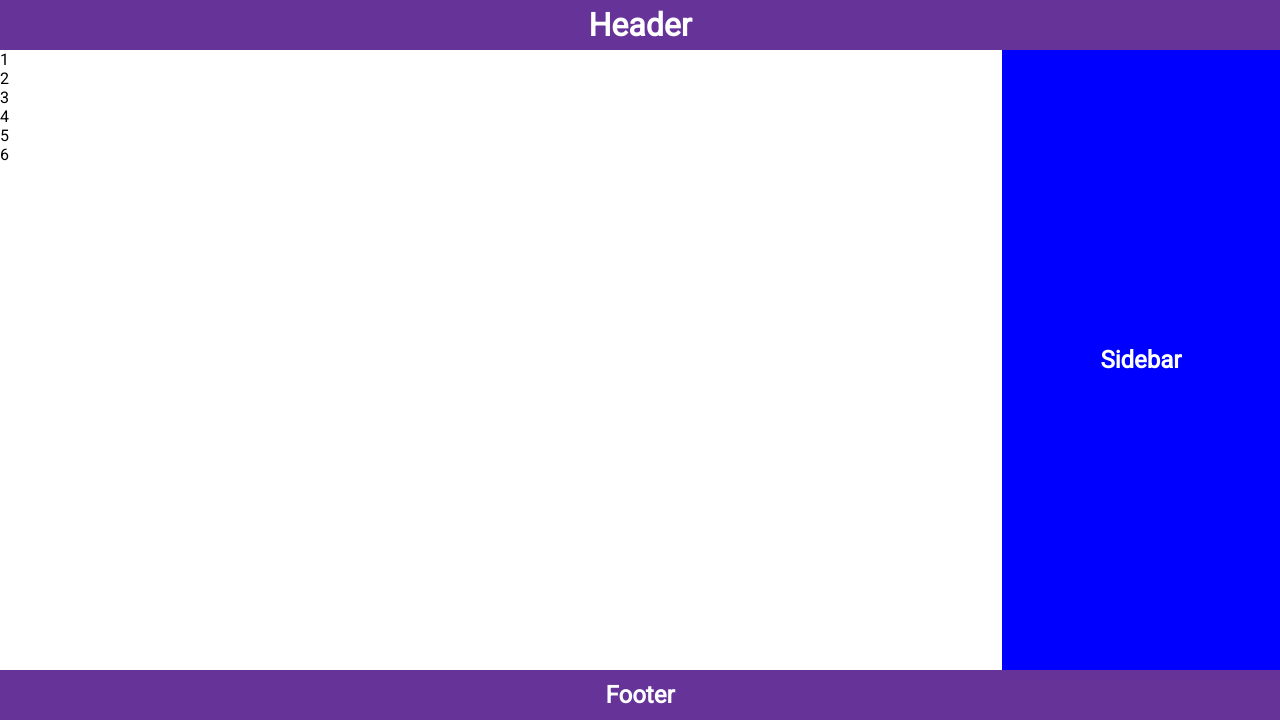
Repository: JavaProgrammerFromEastEurope/project-css-full-tutorial
Page: 15_lesson/index.html
An editor plug-in stored every save of this project. The page is shown before and after the next save, followed by the edit.
The browser window is 1280 px wide. The pictures show the whole page.

Above is the page before, as saved 2023-04-07 11:49:05.

After the next save:
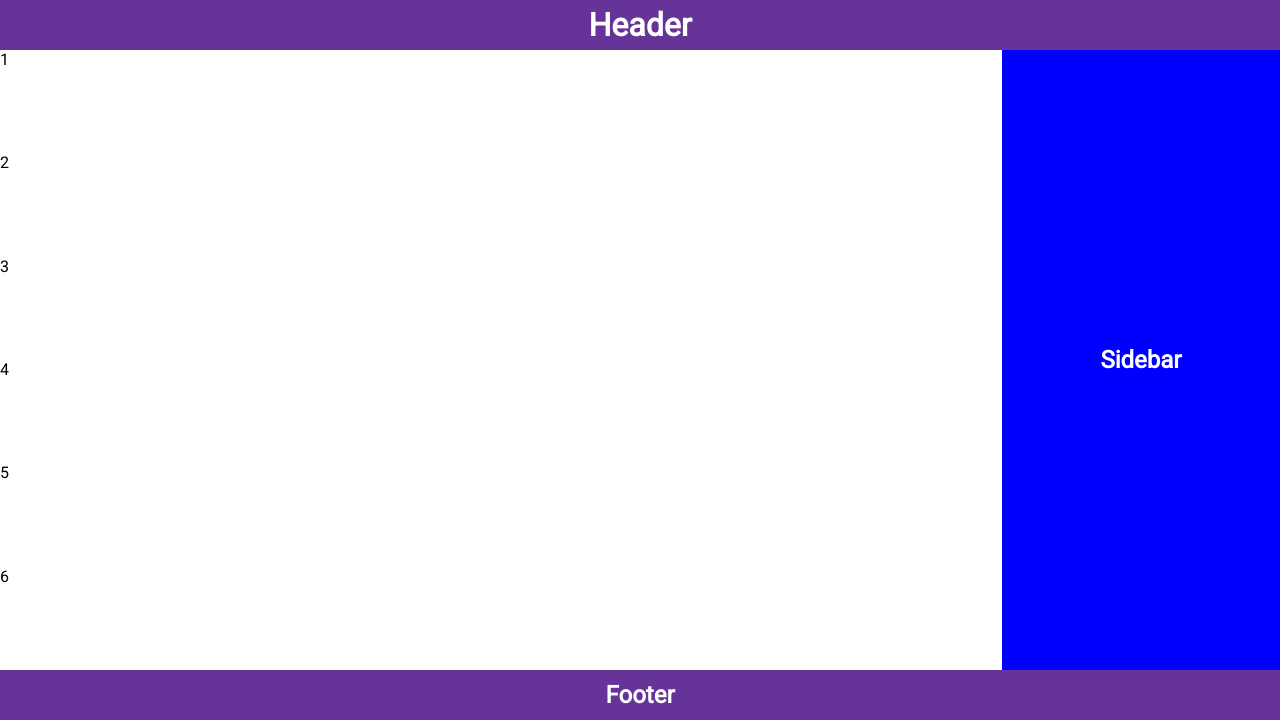
Saved 12 s later.
--- a/15_lesson/css/style.css
+++ b/15_lesson/css/style.css
@@ -42,5 +42,7 @@ body {
 
 .container {
 	grid-area: mn;
-	min-height
+	min-height: 400px;
+	display: grid;
+	grid-template
 }
